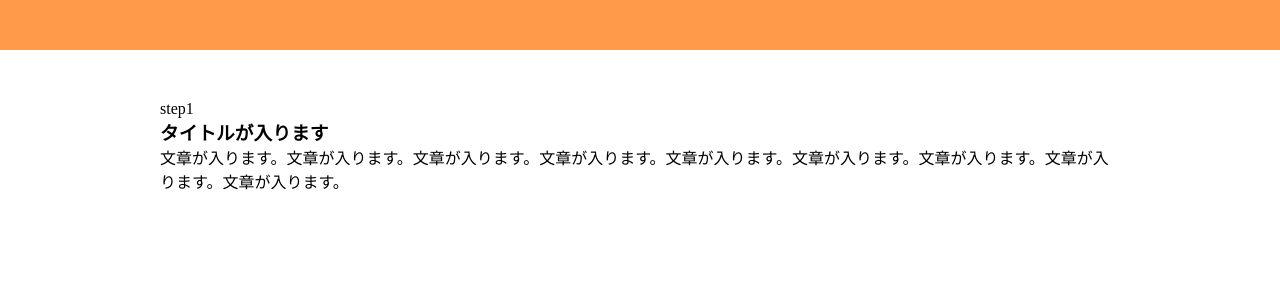
Repository: takuto27/ouyou
Page: chapter9-2_exercise/ensyu9-2.html
The author's editor kept a record of every edit. The page is drawn from the files as they stood at one moment, then again after the next edit.
The browser window is 1280 px wide. The pictures show the whole page.

Above is the page before.

### chapter9-2_exercise/ensyu9-2.html
<!DOCTYPE html>
<html lang="ja">
  <head>
    <meta charset="UTF-8" />
    <link rel=stylesheet href="ensyu9-2.css" />
    <title>演習９－２</title>
  </head>

  <bady>
    <header></header>

    <main>
      <div class="step.box">
        <div class="step-image1"></div>
        <span class="step-nem">step1</span>
        <h3 class="title">タイトルが入ります</h3>
        <p class="text">文章が入ります。文章が入ります。文章が入ります。文章が入ります。文章が入ります。文章が入ります。文章が入ります。文章が入ります。文章が入ります。</p>

### chapter9-2_exercise/ensyu9-2.css
* {
  margin: 0;
  padding: 0;
  box-sizing: border-box;
}
header {
  width: 100%;
  height: 50px;
  background-color: #FF9A4B;
}
main {
  width: 960px;
  display: flex;
  justify-content: center;
  margin: 0 auto;
  padding: 50px 0;
}
.box {
  width: 300px;
  margin-right: 30px;
  padding: 10px;
   position: relative;
  background-color: #eeeeee;
}
.step-img1 {
  height: 150px;
  background-image: url(img/flow01.png);
  background-position: bottom;
  background-size: cover;
}

After the next edit:
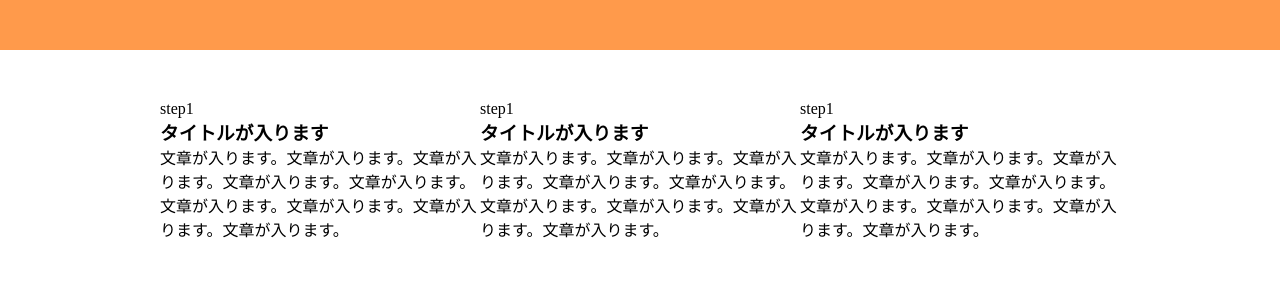
The edit:
--- a/chapter9-2_exercise/ensyu9-2.html
+++ b/chapter9-2_exercise/ensyu9-2.html
@@ -15,3 +15,20 @@
         <span class="step-nem">step1</span>
         <h3 class="title">タイトルが入ります</h3>
         <p class="text">文章が入ります。文章が入ります。文章が入ります。文章が入ります。文章が入ります。文章が入ります。文章が入ります。文章が入ります。文章が入ります。</p>
+      </div>
+      <div class="step.box">
+        <div class="step-image1"></div>
+        <span class="step-nem">step1</span>
+        <h3 class="title">タイトルが入ります</h3>
+        <p class="text">文章が入ります。文章が入ります。文章が入ります。文章が入ります。文章が入ります。文章が入ります。文章が入ります。文章が入ります。文章が入ります。</p>
+      </div>
+      <div class="step.box">
+        <div class="step-image1"></div>
+        <span class="step-nem">step1</span>
+        <h3 class="title">タイトルが入ります</h3>
+        <p class="text">文章が入ります。文章が入ります。文章が入ります。文章が入ります。文章が入ります。文章が入ります。文章が入ります。文章が入ります。文章が入ります。</p>
+      </div>
+    </main>
+    <footer></footer>
+  </body>
+</html>
